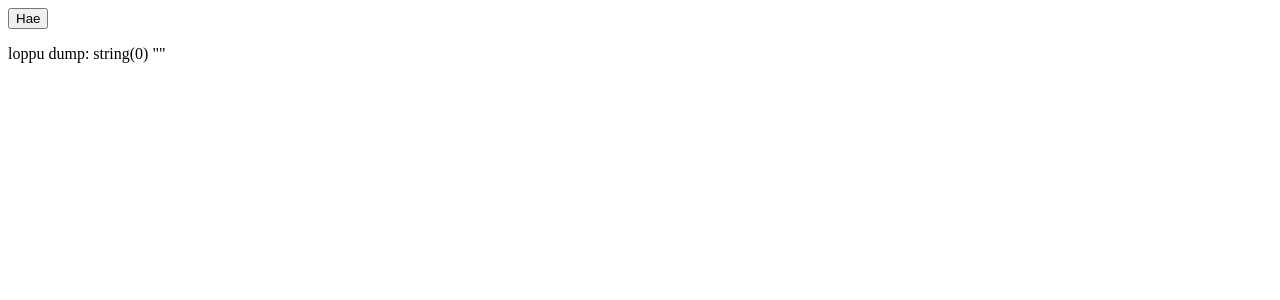
Repository: TommiKurjensalo/php
Page: http://localhost/test/ifTest.php
An editor plug-in stored every save of this project. The page is shown before and after the next save, followed by the edit.
The browser window is 1280 px wide. The pictures show the whole page.
The page is run by PHP 8.4 with error messages shown; the project is at /var/www/html/.

Above is the page before, as saved 2017-04-24 20:34:03.

### sivut/test/ifTest.php
<?php
(isset($_POST["nappi"]) ? getAsTiedot("oma") :'');
?>

<?php
$a = "";


echo '<form action="'.htmlspecialchars($_SERVER["PHP_SELF"]).'" method="post">';

if(isset($_POST["nappi"])) {
	$a = array("moi","hei");
}

function getAsTiedot($b) {
	if(1==1) {
		$a = array("moi","hei");
	}
//	global $a;
	echo "<br>";
	echo 'funktion sisällä: ';
		var_dump($a);
	echo "<br>";
	array_push($a,$b);
	return $a;
}

echo '<input name="nappi" type="submit" value="Hae">';
echo '</form>';
echo 'loppu dump: ';
		var_dump($a);
?>

<?php

?>

After the next save:
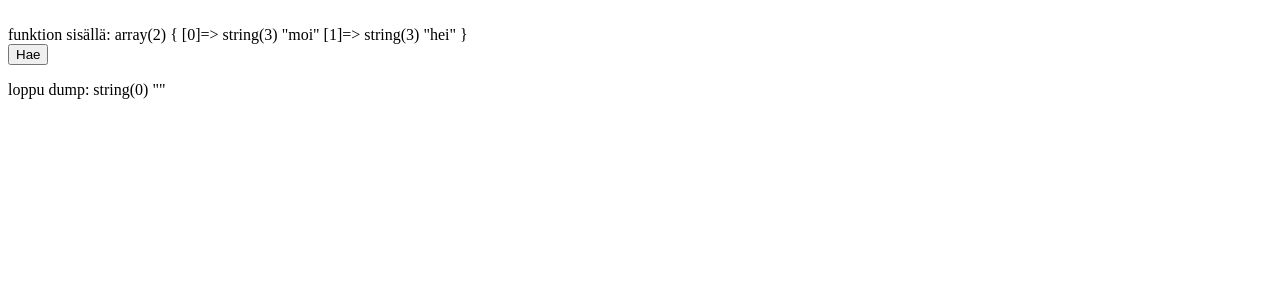
Saved 2 min 19 s later.
--- a/sivut/test/ifTest.php
+++ b/sivut/test/ifTest.php
@@ -1,5 +1,5 @@
 <?php
-(isset($_POST["nappi"]) ? getAsTiedot("oma") :'');
+(!isset($_POST["nappi"]) ? getAsTiedot("oma") :'');
 ?>
 
 <?php

After the save that followed:
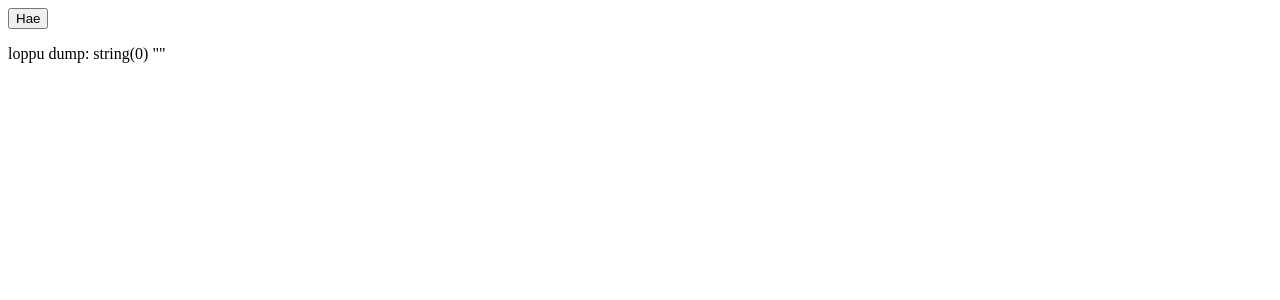
Saved 32 s later.
--- a/sivut/test/ifTest.php
+++ b/sivut/test/ifTest.php
@@ -1,5 +1,5 @@
 <?php
-(!isset($_POST["nappi"]) ? getAsTiedot("oma") :'');
+(isset($_POST["nappi"]) ? getAsTiedot("oma") :'');
 ?>
 
 <?php
